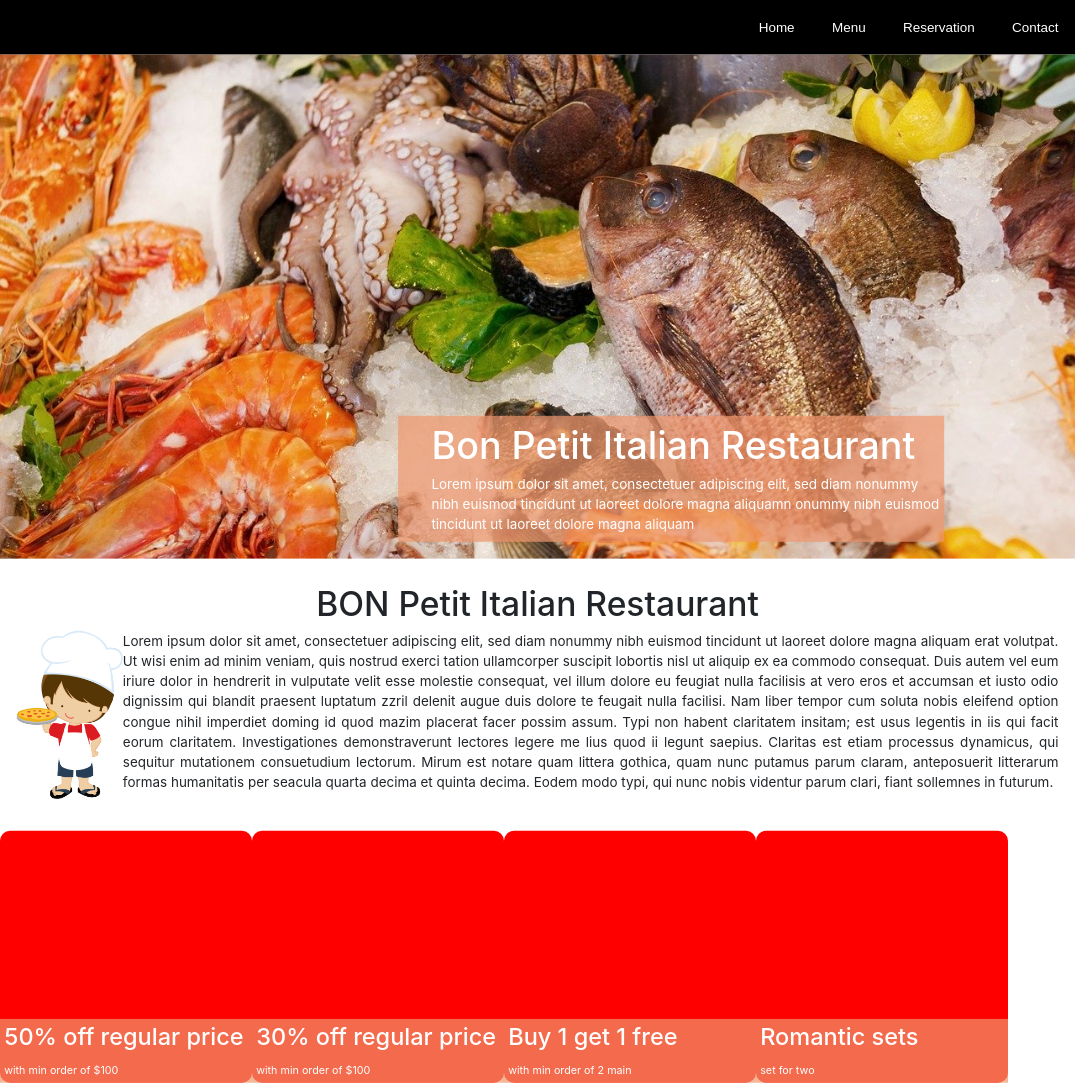
Repository: 4forces/HTML-CSS-LESSON
Page: mock-up-project.html
The author's editor kept a record of every edit. The page is drawn from the files as they stood at one moment, then again after the next edit.
The browser window is 1280 px wide. The pictures show the whole page, at 84% of full size.

Above is the page before.

### mock-up-project.html
<!doctype html>
<html lang="en">
  <head>
    <!-- Required meta tags -->
    <meta charset="utf-8">
    <meta name="viewport" content="width=device-width, initial-scale=1, shrink-to-fit=no">

    <!-- Bootstrap CSS -->
    <link rel="stylesheet" href="https://stackpath.bootstrapcdn.com/bootstrap/4.5.0/css/bootstrap.min.css" integrity="sha384-9aIt2nRpC12Uk9gS9baDl411NQApFmC26EwAOH8WgZl5MYYxFfc+NcPb1dKGj7Sk" crossorigin="anonymous">

    <link rel="stylesheet" href="styles/mock-up.css" type="text/css" />
    <title>Hello, world!</title>
  </head>
  <body>
    <header>
        <nav>
            <ul>
                <li><a href=''>Home</a></li>
                <li><a href=''>Menu</a></li>
                <li><a href=''>Reservation</a></li>
                <li><a href=''>Contact</a></li>
            </ul>
        </nav>
    </header>

    <div id="hero-image">
        <div>&nbsp</div>
        <div id='callout'>
            <h1>Bon Petit Italian Restaurant</h1>
            <p>Lorem ipsum dolor sit amet, consectetuer adipiscing elit,
            sed diam nonummy nibh euismod tincidunt ut laoreet dolore
            magna aliquamn onummy nibh euismod tincidunt ut laoreet dolore
            magna aliquam</p>
        </div>
    </div>

    <main id='section-about'>
        <h1>BON Petit Italian Restaurant</h1>
        <img src="images/boy_chef.png" alt=''/>
        <p>Lorem ipsum dolor sit amet, consectetuer adipiscing elit,
        sed diam nonummy nibh euismod tincidunt ut laoreet dolore
        magna aliquam erat volutpat. Ut wisi enim ad minim veniam,
        quis nostrud exerci tation ullamcorper suscipit lobortis nisl
        ut aliquip ex ea commodo consequat. Duis autem vel eum iriure
        dolor in hendrerit in vulputate velit esse molestie consequat,
        vel illum dolore eu feugiat nulla facilisis at vero eros et
        accumsan et iusto odio dignissim qui blandit praesent luptatum
        zzril delenit augue duis dolore te feugait nulla facilisi.
        Nam liber tempor cum soluta nobis eleifend option congue
        nihil imperdiet doming id quod mazim placerat facer possim
        assum. Typi non habent claritatem insitam; est usus legentis
        in iis qui facit eorum claritatem. Investigationes
        demonstraverunt lectores legere me lius quod ii legunt saepius.
        Claritas est etiam processus dynamicus, qui sequitur mutationem
        consuetudium lectorum. Mirum est notare quam littera gothica,
        quam nunc putamus parum claram, anteposuerit litterarum formas
        humanitatis per seacula quarta decima et quinta decima. Eodem
        modo typi, qui nunc nobis videntur parum clari, fiant sollemnes
        in futurum.</p>

    </main>

    <!--section-promotion dishes-->
    <div id='section-promo'>
        <div class="promo-1 promo-frame">
            <div class='promo'>
                <h3>50% off regular price</h3>
                <small>with min order of $100</small>
            </div>
        </div>
        <div class="promo-2 promo-frame">
            <div class='promo'>
                <h3>30% off regular price</h3>
                <small>with min order of $100</small>
            </div>
        </div>
        <div class="promo-3 promo-frame">
            <div class='promo'>
                <h3>Buy 1 get 1 free</h3>
                <small>with min order of 2 main</small>
            </div>
        </div>
        <div class="promo-4 promo-frame">
            <div class='promo'>
                <h3>Romantic sets</h3>
                <small>set for two</small>
            </div>
        </div>

    </div>
    <!--reviews by customer    -->

    <!--reservation form-->

    <!--footer to social media-->

    <!-- Optional JavaScript -->
    <!-- jQuery first, then Popper.js, then Bootstrap JS -->
    <script src="https://code.jquery.com/jquery-3.5.1.slim.min.js" integrity="sha384-DfXdz2htPH0lsSSs5nCTpuj/zy4C+OGpamoFVy38MVBnE+IbbVYUew+OrCXaRkfj" crossorigin="anonymous"></script>
    <script src="https://cdn.jsdelivr.net/npm/popper.js@1.16.0/dist/umd/popper.min.js" integrity="sha384-Q6E9RHvbIyZFJoft+2mJbHaEWldlvI9IOYy5n3zV9zzTtmI3UksdQRVvoxMfooAo" crossorigin="anonymous"></script>
    <script src="https://stackpath.bootstrapcdn.com/bootstrap/4.5.0/js/bootstrap.min.js" integrity="sha384-OgVRvuATP1z7JjHLkuOU7Xw704+h835Lr+6QL9UvYjZE3Ipu6Tp75j7Bh/kR0JKI" crossorigin="anonymous"></script>
  </body>
</html>

### styles/mock-up.css
body{
    margin : 0;
    padding: 0;
}
/*Navbar */
nav ul {
    background-color: black;
    margin:0;
    padding:0;
    text-align: right;
}
nav li {
    display: inline-block ; /* block inline inline-block flex... */
    padding : 20px;
}
nav  a{
    text-decoration: none;
    color : white;
    cursor: crosshair;
    font-family: 'Montserrat', sans-serif;

}
/*end of navbar */
#hero-image {
    height: 600px;
    background-image: url(../images/seafood-banner.jpg);
    background-repeat: no-repeat;
    background-position: 60% 0%;
    background-size: cover;
    position: relative;

    display : flex;
    justify-content: space-around;
    align-items:flex-end;
}
#callout {
    width :650px;
    height: 150px;
    background-color: rgba(240, 151, 110, 0.7);
    padding-top : 10px;
    padding-left: 40px;
    padding-right: 5px;
    color : white;

    margin-bottom: 20px;
}
#callout h1 {
    font-size: 280%;
    margin-bottom: 5px;
}

/*section about*/
#section-about {
    padding: 30px 20px;
    text-align: center;
    min-height :300px;
}
#section-about img {
    height :200px;
    float : left;
}
#section-about p {
    text-align: justify;
}

/*#section-promo {*/
    /*padding: 30px 20px;*/
/*    height: 300px;*/
/*    display: inline-flex;*/
/*    justify-content:center;*/
/*}*/
#section-promo {
    display: flex;
}
#promo-1 {
    background-image: url(../images/smoked_duck_scallops_with_XO_sauce.jpg);
}
.promo-frame{
    background-position: center;
    background-repeat: no-repeat;
    background-size: cover;
    height: 300px;
    width : 300px;
    background-color: red;
    /*margin : 20px;*/
    border-radius: 12px;

    display : flex;
    align-items: flex-end;
}
.promo {
    padding : 5px;
    background-color: rgba(240, 151, 110, 0.7);
    color:white;
    width:100%;
}

After the next edit:
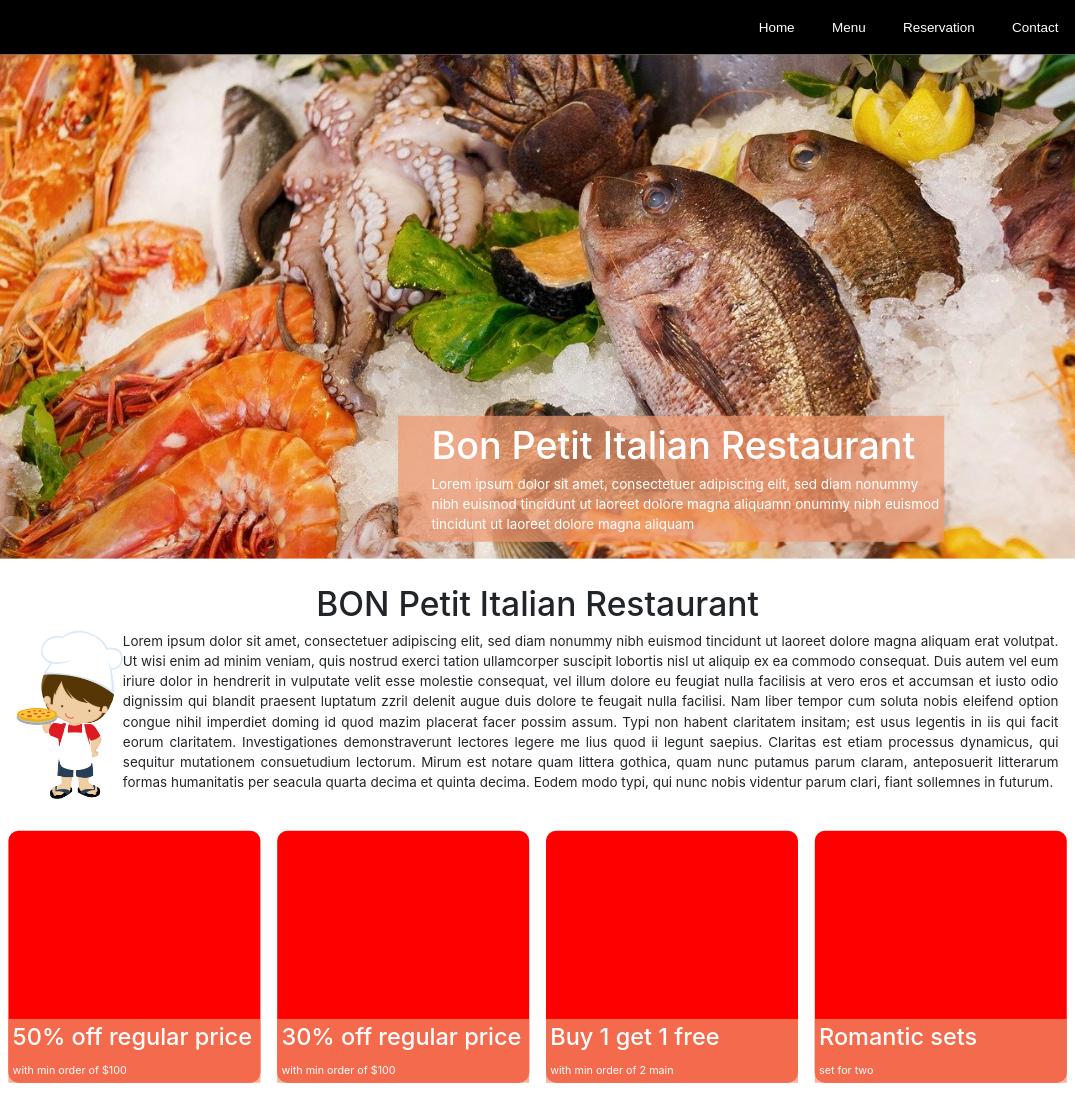
The edit:
--- a/styles/mock-up.css
+++ b/styles/mock-up.css
@@ -70,7 +70,10 @@
 /*    justify-content:center;*/
 /*}*/
 #section-promo {
+    min-height: 340px;
     display: flex;
+    justify-content : space-around;
+    flex-wrap : wrap;
 }
 #promo-1 {
     background-image: url(../images/smoked_duck_scallops_with_XO_sauce.jpg);
